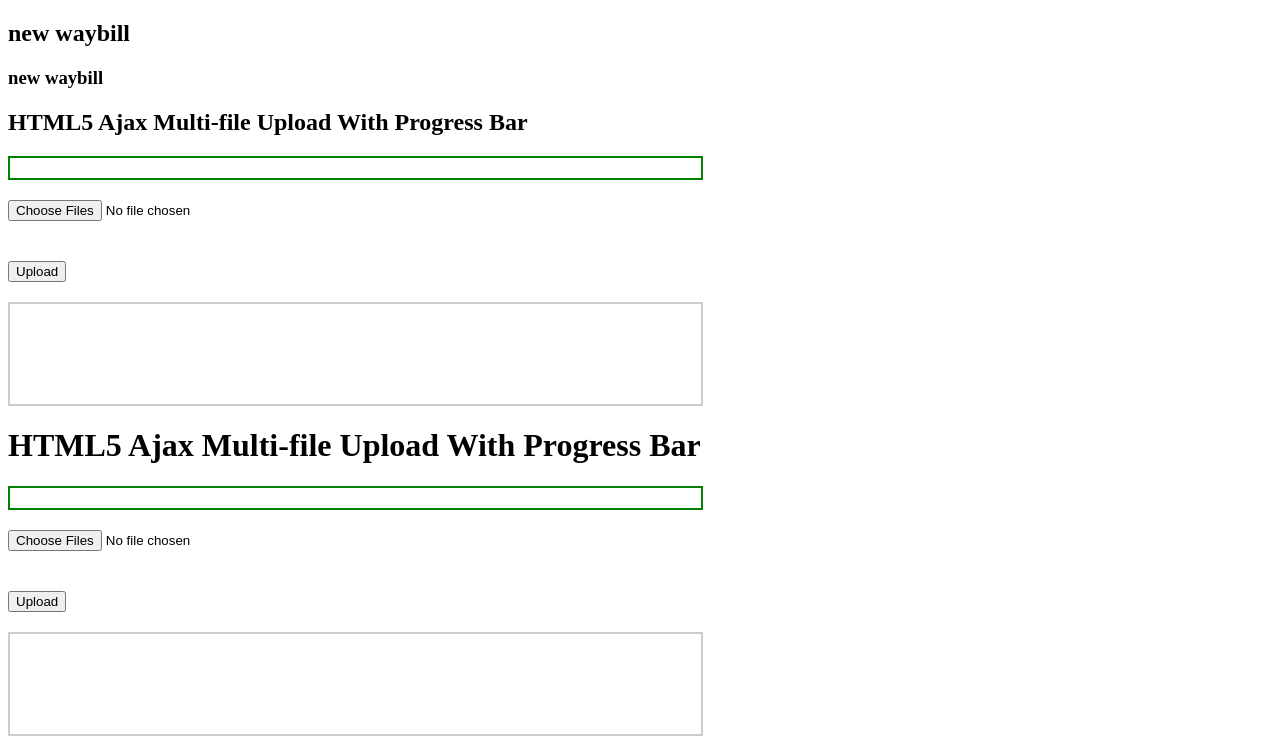
Repository: elhamasiaei13/projectTest
Page: ws-servlet3__2019-07-16-16hh/cargoarchive/src/main/webapp/WEB-INF/views/manifest-bulk.html
These files come from the project's save history. The page is drawn as it stood at one moment and after the next save; the edit follows.
The browser window is 1280 px wide. The pictures show the whole page.

Above is the page before, as saved 2019-07-09 04:06:09.

### ws-servlet3__2019-07-16-16hh/cargoarchive/src/main/webapp/WEB-INF/views/manifest-bulk.html
<!DOCTYPE html>
<html xmlns:layout="http://www.w3.org/1999/xhtml"
	layout:decorate="~{fragments/main_layout}">
<head>
<meta charset="UTF-8">

<script>
	var totalFileLength, totalUploaded, fileCount, filesUploaded;

	//To log everything on console
	function debug(s) {
		var debug = document.getElementById('debug');
		if (debug) {
			debug.innerHTML = debug.innerHTML + '<br/>' + s;
		}
	}

	//Will be called when upload is completed
	function onUploadComplete(e) {
		totalUploaded += document.getElementById('files').files[filesUploaded].size;
		filesUploaded++;
		debug('complete ' + filesUploaded + " of " + fileCount);
		debug('totalUploaded: ' + totalUploaded);
		if (filesUploaded < fileCount) {
			uploadNext();
		} else {
			var bar = document.getElementById('bar');
			bar.style.width = '100%';
			bar.innerHTML = '100% complete';
			alert('Finished uploading file(s)');
		}
	}

	//Will be called when user select the files in file control
	function onFileSelect(e) {
		var files = e.target.files; // FileList object
		var output = [];
		fileCount = files.length;
		totalFileLength = 0;
		for (var i = 0; i < fileCount; i++) {
			var file = files[i];
			output.push(file.name, ' (', file.size, ' bytes, ',
					file.lastModifiedDate.toLocaleDateString(), ')');
			output.push('<br/>');
			debug('add ' + file.size);
			totalFileLength += file.size;
		}
		document.getElementById('selectedFiles').innerHTML = output.join('');
		debug('totalFileLength:' + totalFileLength);
	}

	//This will continueously update the progress bar
	function onUploadProgress(e) {
		if (e.lengthComputable) {
			var percentComplete = parseInt((e.loaded + totalUploaded) * 100
					/ totalFileLength);
			var bar = document.getElementById('bar');
			bar.style.width = percentComplete + '%';
			bar.innerHTML = percentComplete + ' % complete';
		} else {
			debug('unable to compute');
		}
	}

	//the Ouchhh !! moments will be captured here
	function onUploadFailed(e) {
		alert("Error uploading file");
	}

	//Pick the next file in queue and upload it to remote server
	function uploadNext() {
		var xhr = new XMLHttpRequest();
		var fd = new FormData();
		var file = document.getElementById('files').files[filesUploaded];
		fd.append("file", file);
		xhr.upload.addEventListener("progress", onUploadProgress, false);
		xhr.addEventListener("load", onUploadComplete, false);
		xhr.addEventListener("error", onUploadFailed, false);
		xhr.open("POST", "/cargoarchive/waybills/");
		debug('uploading ' + file.name);
		xhr.send(fd);
	}

	//Let's begin the upload process
	function startUpload() {
		totalUploaded = filesUploaded = 0;
		uploadNext();
	}

	//Event listeners for button clicks
	window.onload = function() {
		document.getElementById('files').addEventListener('change',
				onFileSelect, false);
		document.getElementById('uploadButton').addEventListener('click',
				startUpload, false);
	}
</script>
</head>


<body>
	<div layout:fragment="content">

		<section class="content-header">
			<h1>new waybill</h1>

		</section>

		<section class="content">
			<div class="row">
				<!-- left column -->
				<div class="col-md-12">
					<!-- general form elements -->
					<div class="box box-primary">
						<div class="box-header with-border">
							<h3 class="box-title">new waybill</h3>
						</div>
						<!-- /.box-header -->
						<!-- form start -->
						<div style="width: 55%">
							<h1>HTML5 Ajax Multi-file Upload With Progress Bar</h1>
							<div id='progressBar'
								style='height: 20px; border: 2px solid green; margin-bottom: 20px'>
								<div id='bar'
									style='height: 100%; background: #33dd33; width: 0%'></div>
							</div>
							<form style="margin-bottom: 20px">
								<input type="file" id="files" multiple
									style="margin-bottom: 20px" /><br />
								<output id="selectedFiles"></output>
								<input id="uploadButton" type="button" value="Upload"
									style="margin-top: 20px" />
							</form>
							<div id='debug'
								style='height: 100px; border: 2px solid #ccc; overflow: auto'></div>
						</div>
					</div>

				</div>
		</section>
	</div>

	</div>
</body>
</html>





<!DOCTYPE html>
<html>
<head>
<script>
	var totalFileLength, totalUploaded, fileCount, filesUploaded;

	//To log everything on console
	function debug(s) {
		var debug = document.getElementById('debug');
		if (debug) {
			debug.innerHTML = debug.innerHTML + '<br/>' + s;
		}
	}

	//Will be called when upload is completed
	function onUploadComplete(e) {
		totalUploaded += document.getElementById('files').files[filesUploaded].size;
		filesUploaded++;
		debug('complete ' + filesUploaded + " of " + fileCount);
		debug('totalUploaded: ' + totalUploaded);
		if (filesUploaded < fileCount) {
			uploadNext();
		} else {
			var bar = document.getElementById('bar');
			bar.style.width = '100%';
			bar.innerHTML = '100% complete';
			alert('Finished uploading file(s)');
		}
	}

	//Will be called when user select the files in file control
	function onFileSelect(e) {
		var files = e.target.files; // FileList object
		var output = [];
		fileCount = files.length;
		totalFileLength = 0;
		for (var i = 0; i < fileCount; i++) {
			var file = files[i];
			output.push(file.name, ' (', file.size, ' bytes, ',
					file.lastModifiedDate.toLocaleDateString(), ')');
			output.push('<br/>');
			debug('add ' + file.size);
			totalFileLength += file.size;
		}
		document.getElementById('selectedFiles').innerHTML = output.join('');
		debug('totalFileLength:' + totalFileLength);
	}

	//This will continueously update the progress bar
	function onUploadProgress(e) {
		if (e.lengthComputable) {
			var percentComplete = parseInt((e.loaded + totalUploaded) * 100
					/ totalFileLength);
			var bar = document.getElementById('bar');
			bar.style.width = percentComplete + '%';
			bar.innerHTML = percentComplete + ' % complete';
		} else {
			debug('unable to compute');
		}
	}

	//the Ouchhh !! moments will be captured here
	function onUploadFailed(e) {
		alert("Error uploading file");
	}

	//Pick the next file in queue and upload it to remote server
	function uploadNext() {
		var xhr = new XMLHttpRequest();
		var fd = new FormData();
		var file = document.getElementById('files').files[filesUploaded];
		fd.append("file", file);
		xhr.upload.addEventListener("progress", onUploadProgress, false);
		xhr.addEventListener("load", onUploadComplete, false);
		xhr.addEventListener("error", onUploadFailed, false);
		xhr.open("POST", "/cargoarchive/waybills/");
		debug('uploading ' + file.name);
		xhr.send(fd);
	}

	//Let's begin the upload process
	function startUpload() {
		totalUploaded = filesUploaded = 0;
		uploadNext();
	}

	//Event listeners for button clicks
	window.onload = function() {
		document.getElementById('files').addEventListener('change',
				onFileSelect, false);
		document.getElementById('uploadButton').addEventListener('click',
				startUpload, false);
	}
</script>
</head>
<body>
	<div style="width: 55%">
		<h1>HTML5 Ajax Multi-file Upload With Progress Bar</h1>
		<div id='progressBar'
			style='height: 20px; border: 2px solid green; margin-bottom: 20px'>
			<div id='bar' style='height: 100%; background: #33dd33; width: 0%'>
			</div>
		</div>
		<form style="margin-bottom: 20px">
			<input type="file" id="files" multiple style="margin-bottom: 20px" /><br />
			<output id="selectedFiles"></output>
			<input id="uploadButton" type="button" value="Upload"
				style="margin-top: 20px" />
		</form>
		<div id='debug'
			style='height: 100px; border: 2px solid #ccc; overflow: auto'></div>
	</div>
</body>
</html>

After the next save:
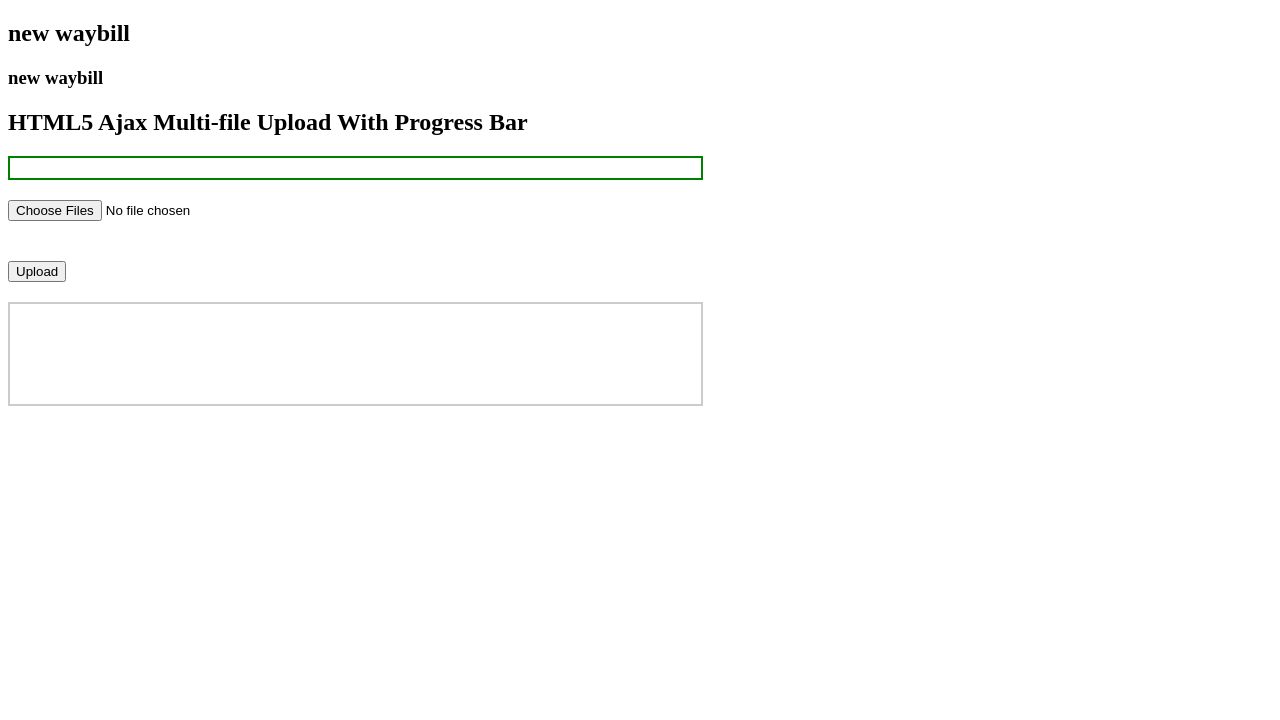
Saved 12 s later.
--- a/ws-servlet3__2019-07-16-16hh/cargoarchive/src/main/webapp/WEB-INF/views/manifest-bulk.html
+++ b/ws-servlet3__2019-07-16-16hh/cargoarchive/src/main/webapp/WEB-INF/views/manifest-bulk.html
@@ -144,7 +144,7 @@
 </body>
 </html>
 
-
+<!--
 
 
 
@@ -261,4 +261,4 @@
 			style='height: 100px; border: 2px solid #ccc; overflow: auto'></div>
 	</div>
 </body>
-</html>
+</html> -->
